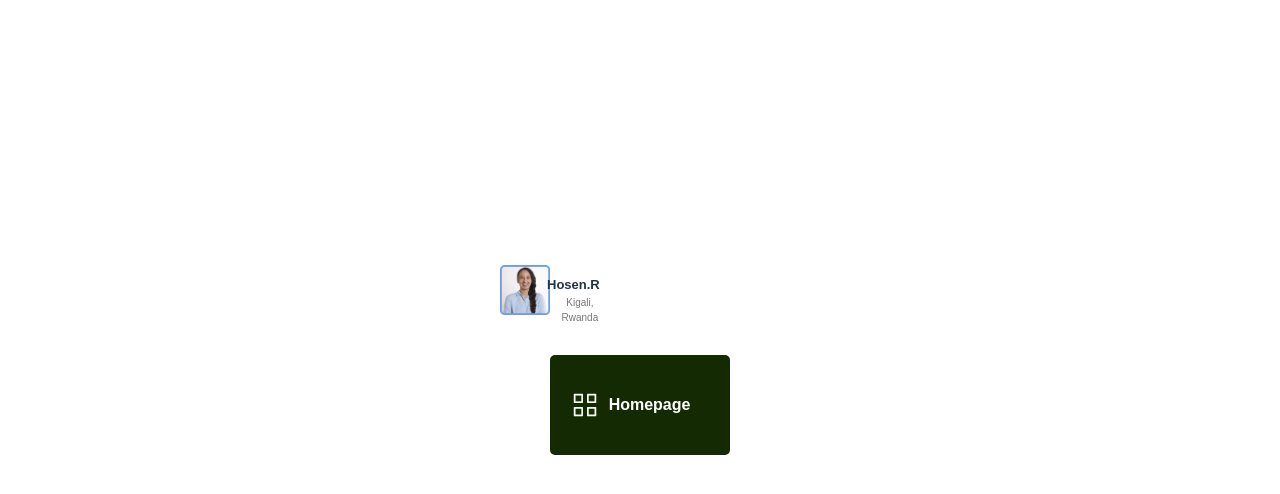
Repository: Auda-frontend/Kenshikeza
Page: /
An editor plug-in stored every save of this project. The page is shown before and after the next save, followed by the edit.
The browser window is 1280 px wide. The pictures show the whole page.
The project was rebuilt for these pictures with package versions that can differ from the ones it lists, and the page was loaded fresh each time. Also part of the build but not shown: vite.config.js.

Above is the page before, as saved 2024-01-25 09:47:39.

After the next save:
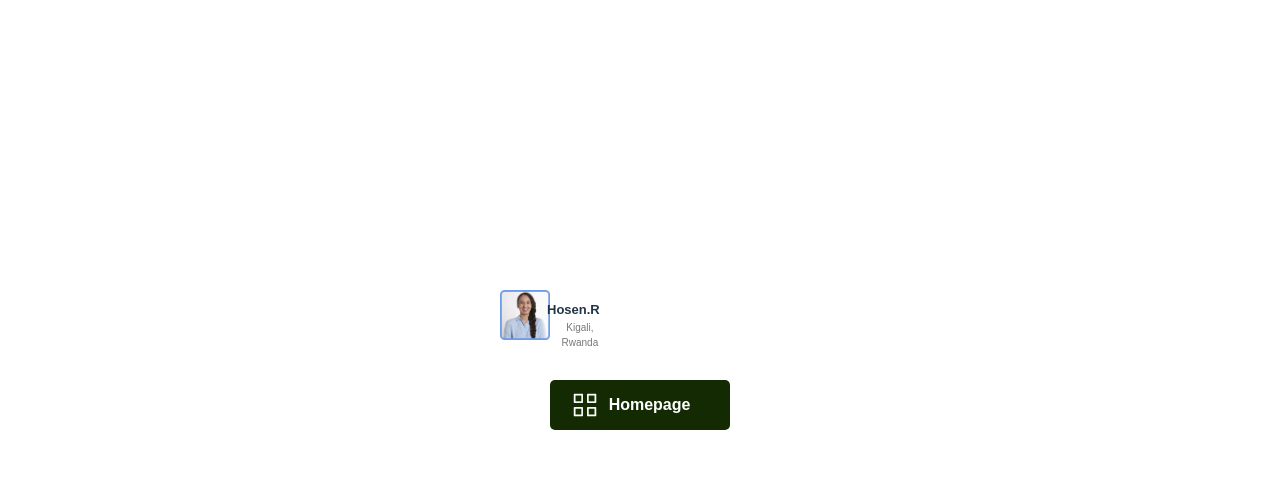
Saved 9 s later.
--- a/src/Components/SideBar.css
+++ b/src/Components/SideBar.css
@@ -43,7 +43,7 @@
 .homepage{
 background-color: #132A02;
 width: 180px;
-height: 100px;
+height: 50px;
 display: flex;
 align-items: center;
 border-radius: 5px;
